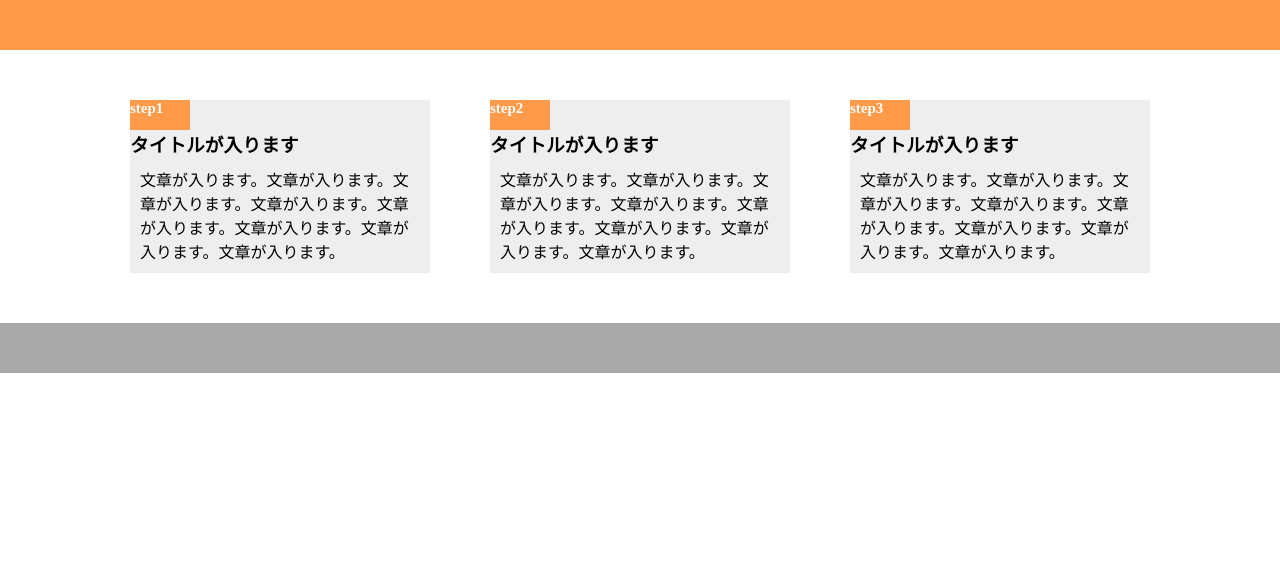
Repository: Kadaisakusei/Bookers2debug-
Page: Assignment1/main.html
The author's editor kept a record of every edit. The page is drawn from the files as they stood at one moment, then again after the next edit.
The browser window is 1280 px wide. The pictures show the whole page.

Above is the page before.

### Assignment1/main.html
<!DOCTYPE HTML>
<html lang="ja">
  <head>
    <meta charset="UTF-8" />
    <link rel="stylesheet" href="add.css" />
    <title>課題１</title>
  </head>

<div class="bar-top"></div>

  <main>
    <div class="contents">
      <h1 class="step">step1</h1>
        <div class="image 1"></div>
        <h3>タイトルが入ります</h3>
        <div class="text">文章が入ります。文章が入ります。文章が入ります。文章が入ります。文章が入ります。文章が入ります。文章が入ります。文章が入ります。</div>
    </div>

    <div class="contents">
      <h1 class="step">step2</h1>
        <div class="image"></div>
        <h3>タイトルが入ります</h3>
        <div class="text">文章が入ります。文章が入ります。文章が入ります。文章が入ります。文章が入ります。文章が入ります。文章が入ります。文章が入ります。</div>
    </div>

    <div class="contents">
      <h1 class="step">step3</h1>
        <div class="image"></div>
        <h3>タイトルが入ります</h3>
        <div class="text">文章が入ります。文章が入ります。文章が入ります。文章が入ります。文章が入ります。文章が入ります。文章が入ります。文章が入ります。</div>
    </div>





  </main>

<div class="bar-under"></div>

### Assignment1/add.css
* {
  margin: 0;
  padding: 0;
  box-sizing: border-box;
}

.bar-top{
  width: 100%;
  height: 50px;
  background-color: #FF9A4B
}

 main{
  width: 960px;
  display: flex;
  justify-content: center;
  margin: 0 auto;
}

.contents{
  width: 300px;
  margin: 50px 30px;
  background-color: #EEEEEE
}

.title{
  padding-left: 10px;
  margin-bottom: 5px;
}

.text{
  padding: 10px;
}

.step{
  font-size: 15px;
  color: #FFFFFF;
  width: 60px;
  height: 30px;
  background-color: #FF9A4B
}

.image1 {
  height: 150px;
  margin: 10px 10px 15px 10px;
  background-image: url(img-Assignment1/flow01.png);
  background-size: cover;
}

.image2 {
  height: 150px;
  margin: 10px 10px 15px 10px;
  background-image: url(img-Assignment1/flow02.png);
  background-size: cover;
}

.image3 {
  height: 150px;
  margin: 10px 10px 15px 10px;
  background-image: url(img-Assignment1/flow03.png);
  background-size: cover;
}



.text{
  width: 300px
}

.bar-under{
  height: 50px;
  background-color: #AAAAAA
}


@media screen and (max-width: 425px) {
.contents {
  width: 100%;
  display: block
}

.contents2{
  width: 100%;
  display: block
}

.contents3{
  width: 100%;
  display: block
}

}

After the next edit:
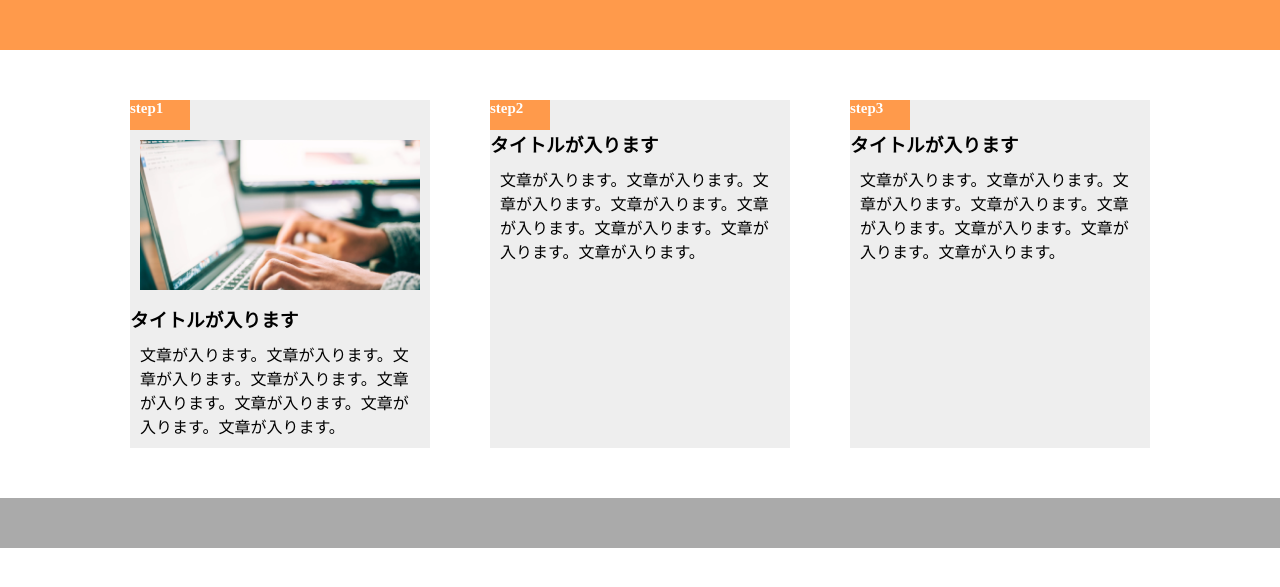
The edit:
--- a/Assignment1/main.html
+++ b/Assignment1/main.html
@@ -11,7 +11,7 @@
   <main>
     <div class="contents">
       <h1 class="step">step1</h1>
-        <div class="image 1"></div>
+        <div class="image1"></div>
         <h3>タイトルが入ります</h3>
         <div class="text">文章が入ります。文章が入ります。文章が入ります。文章が入ります。文章が入ります。文章が入ります。文章が入ります。文章が入ります。</div>
     </div>
